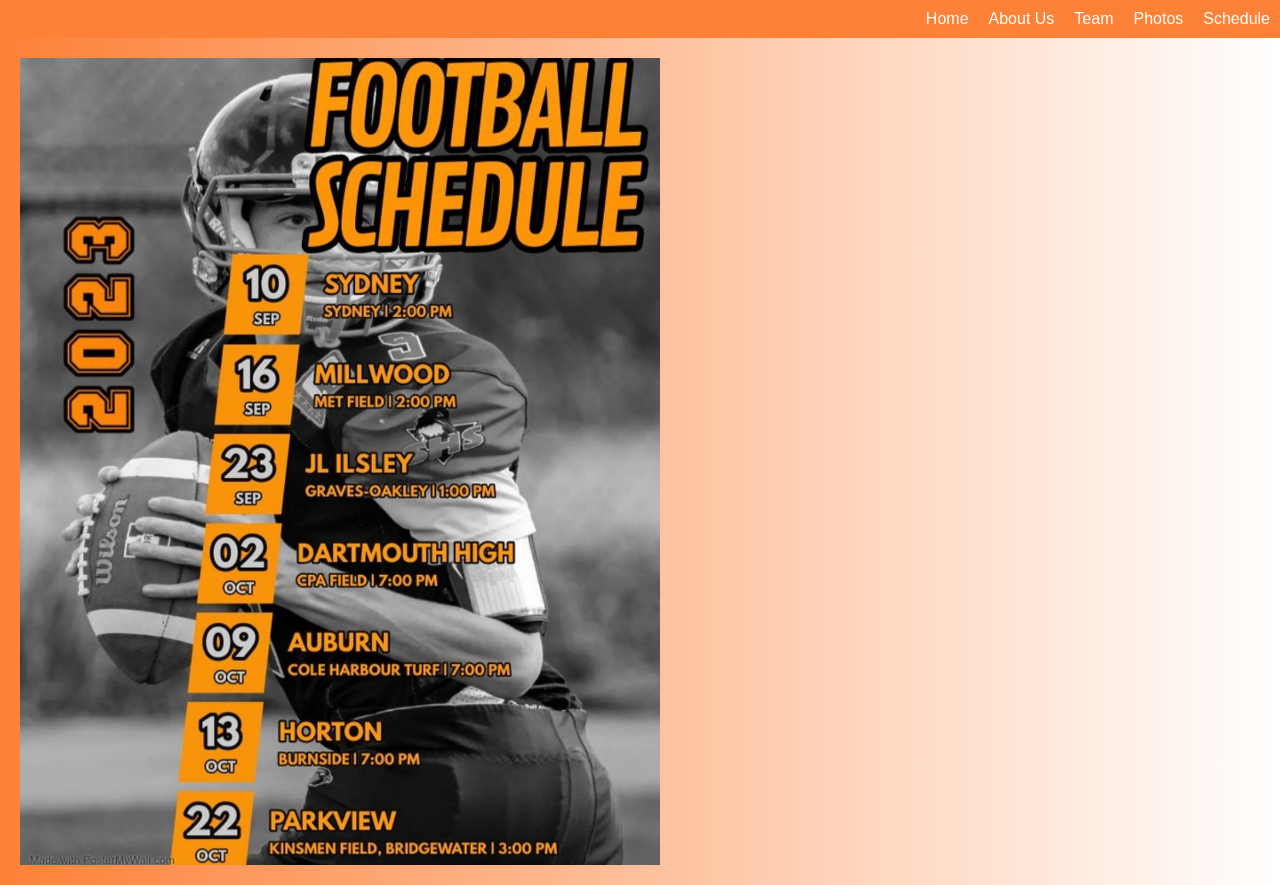
Repository: SHSFootballRepo/Website
Page: public/schedule.html
An editor plug-in stored every save of this project. The page is shown before and after the next save, followed by the edit.
The browser window is 1280 px wide. The pictures show the whole page.

Above is the page before, as saved 2023-08-19 18:59:18.

### public/schedule.html
<!DOCTYPE html>
<html lang="en">
<head>
    <meta charset="UTF-8">
    <meta name="viewport" content="width=device-width, initial-scale=1.0">
    <link rel="stylesheet" href="styles.css">
    <title>SHS Football Team Homepage</title>
</head>
<body>
    <header>
        <nav>
            <ul>
                <li><a href="/index.html">Home</a></li>
                <li><a href="/about.html">About Us</a></li>
                <li><a href="/team.html">Team</a></li>
                <li><a href="/photos.html">Photos</a></li>
                <li><a href="/schedule.html">Schedule</a></li>
            </ul>
        </nav>


    </header>
<section class="schedule1">
    <img src="image0.png" alt="Schedule">
</section>
</body>

### public/styles.css
/* Reset some default styles */
body, h1, h2, h3, p {
    margin: 0;
    padding: 0;
}

/* Basic styling */
body {
    background: linear-gradient(to right, #FD8137, white);
    margin: 0;
    padding: 0;
    font-family: Arial, sans-serif;
}

header {
    background:#FD8137;
    color: #fff;
    padding: 10px;
    display: flex;
    justify-content: flex-end;
}

nav ul {
    list-style: none;
    display: flex;
    margin: 0;
    padding: 0;
}

nav ul li {
    margin-left: 20px;
}

nav ul li a {
    text-decoration: none;
    color: #fff;
    transition: color 0.3s; /* Smooth color transition on hover */
}

nav ul li a:hover {
    color: #FD8137; /* Change color on hover */
}

/* Hero section and other styles... */


.hero {
    text-align: center;
    padding: 50px 1;
    background-color: linear-gradient(to right, #FD8137, black);
}

.hero img {
    max-width: 25%;
    height: auto;
}

.hero h1 {
    font-size: 36px;
    margin: 20px 0;
}

.cta-button {
    display: inline-block;
    padding: 10px 20px;
    background-color: #333;
    color: #fff;
    text-decoration: none;
    border-radius: 5px;
    transition: background-color 0.3s; /* Smooth background color transition on hover */
    margin-top: 15px;
}

.cta-button:hover {
    background-color: #555; /* Change background color on hover */
}

.latest-news {
    padding: 50px;
}

.news-card {
    padding: 20px;
    margin-bottom: 20px;
    background-color: #fff;
    border-radius: 5px;
}

.news-card img {
    max-width: 5%;
    height: auto;
}

.WIP {
    text-align: center;
    padding: 25px 1;
    background-color: white;
    border-radius: 5px;
    margin: 500;
}

footer {
    text-align: center;
    padding: 20px 0;
    background-color: #333;
    color: #fff;
}

.page-content {
    padding: 50px;
    text-align: center;
    font-size: xx-large;
}

.schedule1 img {
    height: 50%;
    width: 50%;
    padding: 20px;
    display: flex;
    justify-content: center;
    align-items: center;
}

After the next save:
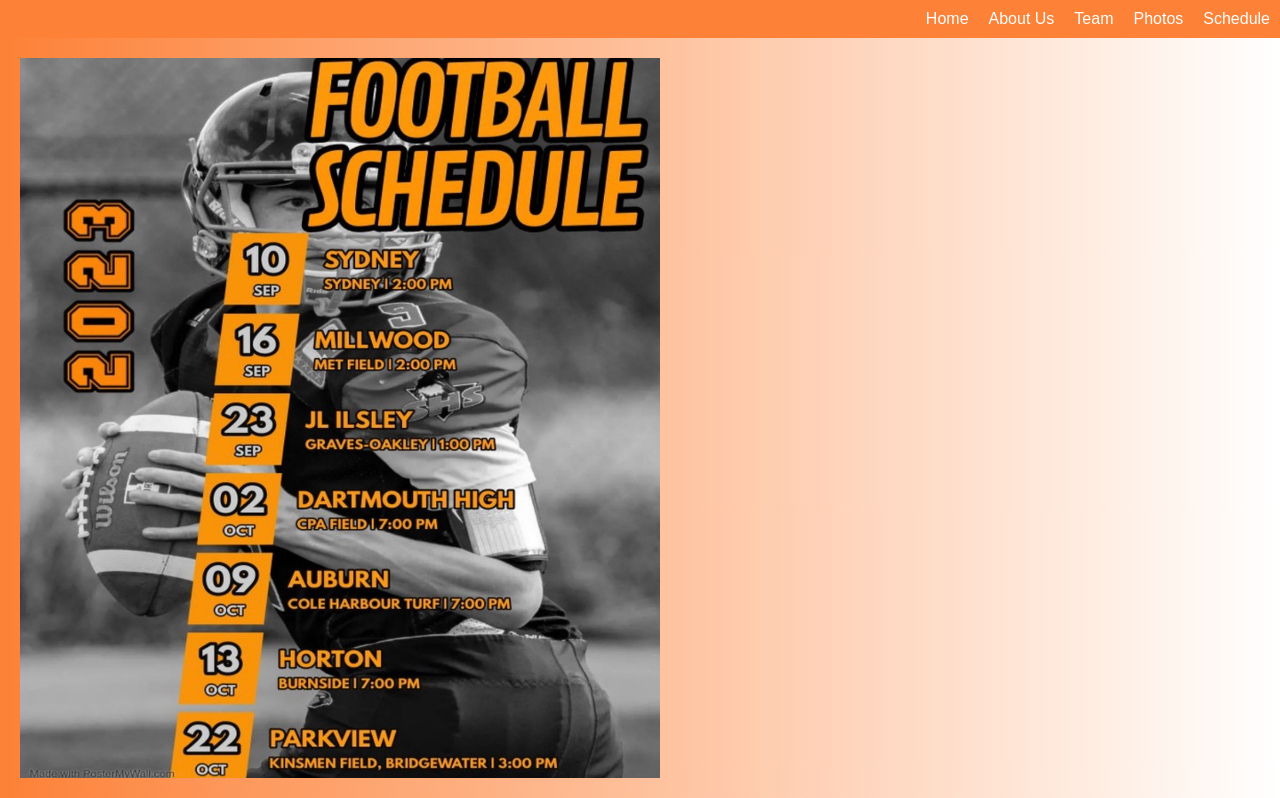
Saved 72 s later.
--- a/public/styles.css
+++ b/public/styles.css
@@ -119,4 +119,6 @@
     display: flex;
     justify-content: center;
     align-items: center;
+    text-align: center; /* Horizontally center */
+    height: 100vh; /* For vertical centering */
 }

After the save that followed:
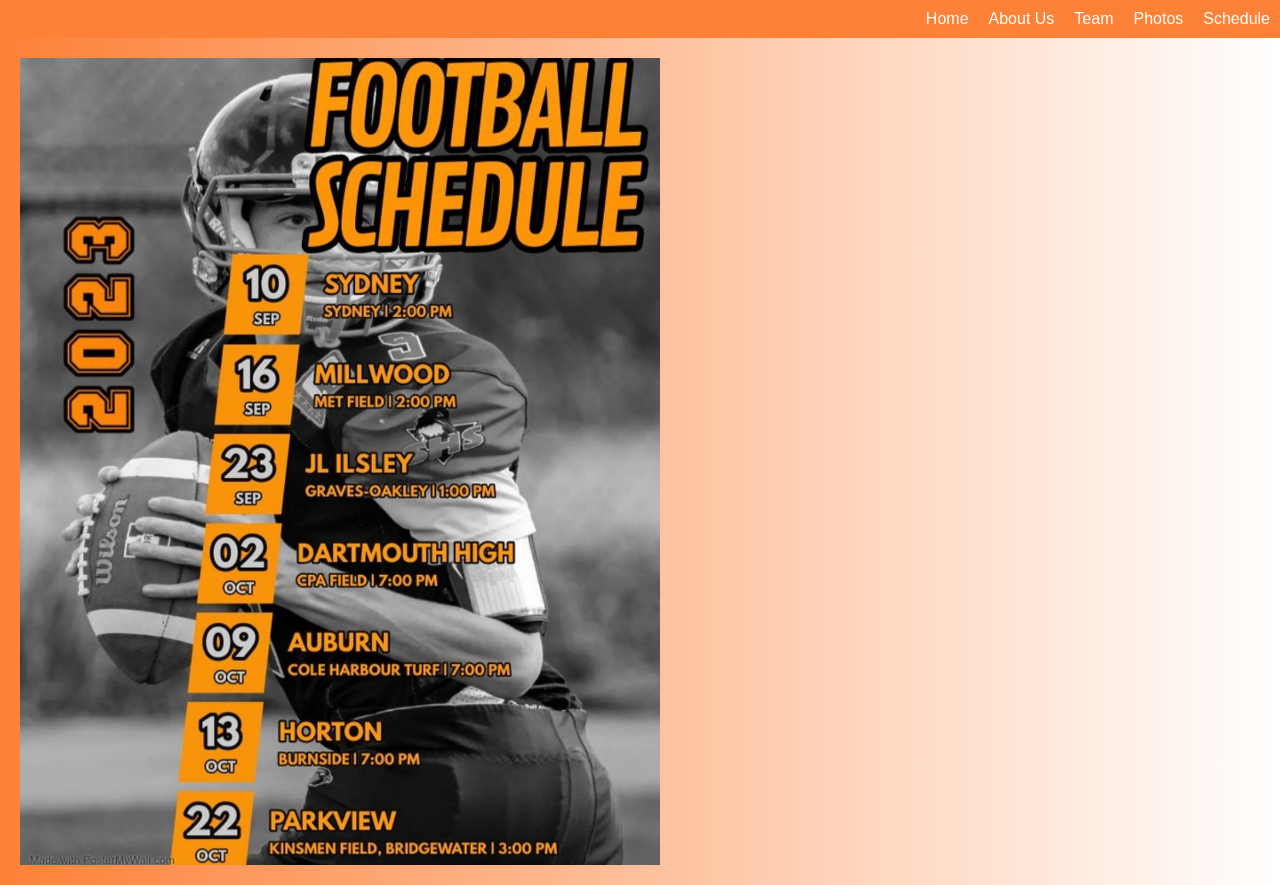
Saved 2 min 10 s later.
--- a/public/styles.css
+++ b/public/styles.css
@@ -116,9 +116,6 @@
     height: 50%;
     width: 50%;
     padding: 20px;
-    display: flex;
-    justify-content: center;
-    align-items: center;
-    text-align: center; /* Horizontally center */
-    height: 100vh; /* For vertical centering */
+    display: grid;
+    place-items: center;
 }
